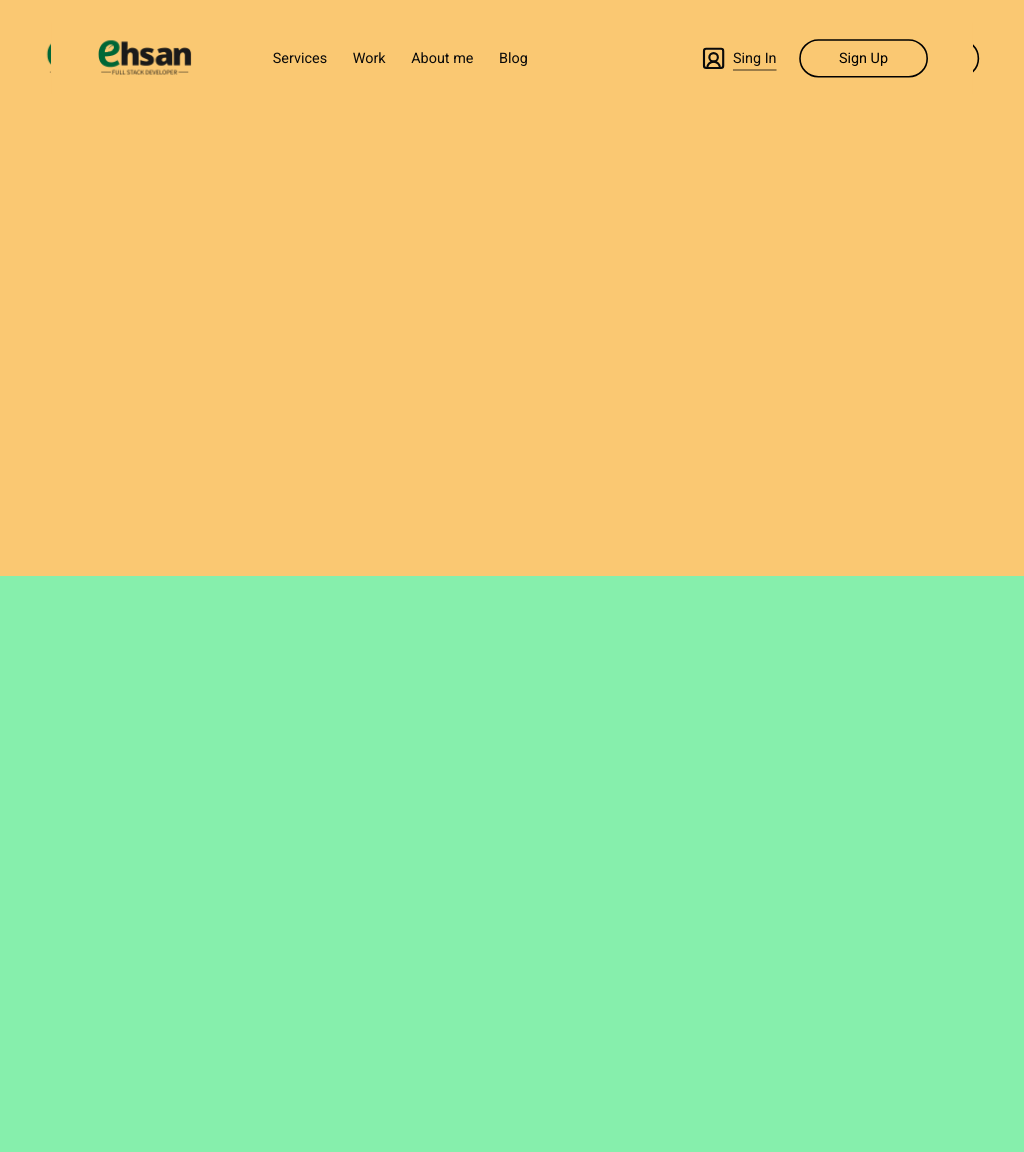
Repository: FrontendProjectsNL/mijn-portfolio-project
Page: /exercise
The author's editor kept a copy of each file at every save. The page is drawn from the files as they stood at one save, then again after the next save.
The browser window is 1280 px wide. The pictures show the whole page, at 80% of full size.
The project was rebuilt for these pictures with package versions that can differ from the ones it lists, and the page was loaded fresh each time. The framework's server and built-in components were replaced by stand-ins that run in the browser. Also part of the build but not shown: next.config.mjs.

Above is the page before, as saved 2024-10-25 14:16:50.

### app/layout.tsx
import type { Metadata } from 'next';
import localFont from 'next/font/local';

import { Roboto, Fira_Code, HelveticaNowDisplay } from 'next/font/google';

import './globals.css';
import Header from './components/Header';
import Container from './components/Container';

// const geistSans = localFont({
//   src: './fonts/GeistVF.woff',
//   variable: '--font-geist-sans',
//   weight: '100 900',
// });
// const geistMono = localFont({
//   src: './fonts/GeistMonoVF.woff',
//   variable: '--font-geist-mono',
//   weight: '100 900',
// });

const roboto = Roboto({
  subsets: ['latin'],
  weight: ['300', '400', '500', '700'],
  variable: '--font-roboto',
});

const firaCode = Fira_Code({
  subsets: ['latin'],
  weight: ['300', '400', '500', '700'],
  variable: '--font-fira-code',
});

export const metadata: Metadata = {
  title: 'Create Next App',
  description: 'Generated by create next app',
};

export default function RootLayout({
  children,
}: Readonly<{
  children: React.ReactNode;
}>) {
  return (
    <html lang="en">
      <body className={`${roboto.variable} ${firaCode.variable}  antialiased `}>
        <Container>
          <Header />
          {children}
        </Container>
      </body>
    </html>
  );
}

### app/exercise/page.tsx
'use client';

import Image from 'next/image';
import Link from 'next/link';
import { useEffect, useState } from 'react';
import logo from '/public/EhsanLogo-transparent.png';
import { Button } from '@/components/ui/button';
import { CircleUser, SquareUserRound, User } from 'lucide-react';

interface PageProps {}

const Page: React.FC<PageProps> = () => {
  const [isShrunk, setIsShrunk] = useState<boolean>(false);

  useEffect(() => {
    const handleScroll = () => {
      if (window.scrollY > 70) {
        setIsShrunk(true);
      } else {
        setIsShrunk(false);
      }
    };

    window.addEventListener('scroll', handleScroll);

    return () => {
      window.removeEventListener('scroll', handleScroll);
    };
  }, []);

  return (
    // <div className="max-w-8xl w-full font-roboto mx-auto">
    <div className="">
      <nav
        className={`px-14 fixed transition-all duration-300 ease-linear bg-[#FAC872] flex justify-between items-center ${
          isShrunk
            ? 'h-[75px] w-[70%] rounded-3xl mx-auto top-5'
            : 'h-[90px] w-[90%] opacity-100 top-7'
        }`}
        style={{
          left: '50%',
          transform: 'translateX(-50%)', // Center horizontally
        }}
      >
        <div className="flex items-center ">
          <Link href={'/'} className="font-medium text-lg mr-20">
            <Image src={logo} width={125} height={50} />
          </Link>
          <ul className="flex">
            <li>
              <Link href="" className="px-4 py-2 cursor text-lg  font-roboto">
                Services
              </Link>
            </li>
            <li>
              <Link href="" className="px-4 py-2 cursor text-lg  font-roboto">
                Work
              </Link>
            </li>
            <li>
              <Link href="" className="px-4 py-2 cursor text-lg font-roboto">
                About me
              </Link>
            </li>
            <li>
              <Link href="" className="px-4 py-2 cursor text-lg font-roboto">
                Blog
              </Link>
            </li>
          </ul>
        </div>
        <div className="flex items-center gap-3">
          <Link
            href={'/'}
            className="flex items-center gap-2 text-lg  font-roboto mr-4 underline underline-offset-8"
          >
            <SquareUserRound className="w-8 h-8 transition-transform duration-300 ease-in-out hover:scale-125 font-normal" />
            {/* <CircleUser className="w-8 h-8 transition-transform duration-300 ease-in-out hover:scale-125" /> */}

            {/* <User className="w-8 h-8 transition-transform duration-300 ease-in-out hover:scale-125" /> */}
            <span className="relative transform duration-700 group-hover:-translate-x-3">
              Sing In
            </span>
          </Link>

          <button className="font-roboto group relative inline-flex items-center overflow-hidden rounded-full border-2 border-black px-12 py-2 text-lg text-black hover:bg-gray-50 hover:text-white">
            <span className="duration-400 ease absolute left-0 top-1/2 block h-0 w-full bg-[#f27d4b] opacity-100 transition-all group-hover:top-0 group-hover:h-full"></span>
            <span className="ease absolute right-0 flex h-10 w-10 translate-x-full transform items-center justify-start duration-500 group-hover:-translate-x-2">
              <svg
                className="h-5 w-5"
                fill="none"
                stroke="currentColor"
                viewBox="0 0 24 24"
                xmlns="http://www.w3.org/2000/svg"
              >
                <path
                  stroke-linecap="round"
                  stroke-linejoin="round"
                  stroke-width="2"
                  d="M14 5l7 7m0 0l-7 7m7-7H3"
                ></path>
              </svg>
            </span>
            <span className="relative transform duration-700 group-hover:-translate-x-3">
              Sign Up
            </span>
          </button>
        </div>
      </nav>

      <section className="w-full h-screen bg-[#FAC872]"></section>
      <section className="w-full h-screen bg-green-300"></section>
    </div>
  );
};

export default Page;

### app/globals.css
@tailwind base;
@tailwind components;
@tailwind utilities;

body {
  font-family: Arial, Helvetica, sans-serif;
}

@layer utilities {
  .text-balance {
    text-wrap: balance;
  }
}

@layer base {
  :root {
    --background: 0 0% 100%;
    --foreground: 0 0% 3.9%;
    --card: 0 0% 100%;
    --card-foreground: 0 0% 3.9%;
    --popover: 0 0% 100%;
    --popover-foreground: 0 0% 3.9%;
    --primary: 0 0% 9%;
    --primary-foreground: 0 0% 98%;
    --secondary: 0 0% 96.1%;
    --secondary-foreground: 0 0% 9%;
    --muted: 0 0% 96.1%;
    --muted-foreground: 0 0% 45.1%;
    --accent: 0 0% 96.1%;
    --accent-foreground: 0 0% 9%;
    --destructive: 0 84.2% 60.2%;
    --destructive-foreground: 0 0% 98%;
    --border: 0 0% 89.8%;
    --input: 0 0% 89.8%;
    --ring: 0 0% 3.9%;
    --chart-1: 12 76% 61%;
    --chart-2: 173 58% 39%;
    --chart-3: 197 37% 24%;
    --chart-4: 43 74% 66%;
    --chart-5: 27 87% 67%;
    --radius: 0.5rem;
  }
  .dark {
    --background: 0 0% 3.9%;
    --foreground: 0 0% 98%;
    --card: 0 0% 3.9%;
    --card-foreground: 0 0% 98%;
    --popover: 0 0% 3.9%;
    --popover-foreground: 0 0% 98%;
    --primary: 0 0% 98%;
    --primary-foreground: 0 0% 9%;
    --secondary: 0 0% 14.9%;
    --secondary-foreground: 0 0% 98%;
    --muted: 0 0% 14.9%;
    --muted-foreground: 0 0% 63.9%;
    --accent: 0 0% 14.9%;
    --accent-foreground: 0 0% 98%;
    --destructive: 0 62.8% 30.6%;
    --destructive-foreground: 0 0% 98%;
    --border: 0 0% 14.9%;
    --input: 0 0% 14.9%;
    --ring: 0 0% 83.1%;
    --chart-1: 220 70% 50%;
    --chart-2: 160 60% 45%;
    --chart-3: 30 80% 55%;
    --chart-4: 280 65% 60%;
    --chart-5: 340 75% 55%;
  }
}

@layer base {
  * {
    @apply border-border;
  }
  body {
    @apply bg-background text-foreground;
  }
}

@keyframes fill-up {
  0% {
    background-position: 0 100%;
  }
  100% {
    background-position: 0 0;
  }
}

### app/components/Header.tsx
'use client';

import Image from 'next/image';
import Link from 'next/link';
import { useEffect, useState } from 'react';
import logo from '/public/EhsanLogo-transparent.png';
import { CircleUser, SquareUserRound, User } from 'lucide-react';

const Header = () => {
  const [isShrunk, setIsShrunk] = useState<boolean>(false);

  useEffect(() => {
    const handleScroll = () => {
      if (window.scrollY > 70) {
        setIsShrunk(true);
      } else {
        setIsShrunk(false);
      }
    };

    window.addEventListener('scroll', handleScroll);

    return () => {
      window.removeEventListener('scroll', handleScroll);
    };
  }, []);

  return (
    <nav
      className={`px-14 fixed transition-all duration-300 ease-linear bg-[#FAC872] flex justify-between items-center ${
        isShrunk
          ? 'h-[75px] w-[70%] rounded-3xl mx-auto top-5'
          : 'h-[90px] w-[80rem] opacity-100 top-7'
      }`}
      style={{
        left: '50%',
        transform: 'translateX(-50%)', // Center horizontally
      }}
    >
      <div className="flex items-center ">
        <Link href={'/'} className="font-medium text-lg mr-20">
          <Image src={logo} width={125} height={50} />
        </Link>
        <ul className="flex">
          <li>
            <Link href="" className="px-4 py-2 cursor text-lg  font-roboto">
              Services
            </Link>
          </li>
          <li>
            <Link href="" className="px-4 py-2 cursor text-lg  font-roboto">
              Work
            </Link>
          </li>
          <li>
            <Link href="" className="px-4 py-2 cursor text-lg font-roboto">
              About me
            </Link>
          </li>
          <li>
            <Link href="" className="px-4 py-2 cursor text-lg font-roboto">
              Blog
            </Link>
          </li>
        </ul>
      </div>
      <div className="flex items-center gap-3">
        <Link
          href={'/'}
          className="flex items-center gap-2 text-lg  font-roboto mr-4 underline underline-offset-8"
        >
          <SquareUserRound className="w-8 h-8 transition-transform duration-300 ease-in-out hover:scale-125 font-normal" />
          {/* <CircleUser className="w-8 h-8 transition-transform duration-300 ease-in-out hover:scale-125" /> */}

          {/* <User className="w-8 h-8 transition-transform duration-300 ease-in-out hover:scale-125" /> */}
          <span className="relative transform duration-700 group-hover:-translate-x-3">
            Sing In
          </span>
        </Link>

        <button className="font-roboto group relative inline-flex items-center overflow-hidden rounded-full border-2 border-black px-12 py-2 text-lg text-black hover:bg-gray-50 hover:text-white">
          <span className="duration-400 ease absolute left-0 top-1/2 block h-0 w-full bg-[#f27d4b] opacity-100 transition-all group-hover:top-0 group-hover:h-full"></span>
          <span className="ease absolute right-0 flex h-10 w-10 translate-x-full transform items-center justify-start duration-500 group-hover:-translate-x-2">
            <svg
              className="h-5 w-5"
              fill="none"
              stroke="currentColor"
              viewBox="0 0 24 24"
              xmlns="http://www.w3.org/2000/svg"
            >
              <path
                stroke-linecap="round"
                stroke-linejoin="round"
                stroke-width="2"
                d="M14 5l7 7m0 0l-7 7m7-7H3"
              ></path>
            </svg>
          </span>
          <span className="relative transform duration-700 group-hover:-translate-x-3">
            Sign Up
          </span>
        </button>
      </div>
    </nav>
  );
};

export default Header;

### app/components/Container.tsx
interface ContainerProps {
  children: React.ReactNode;
}

const Container: React.FC<ContainerProps> = ({ children }) => {
  return <div className="relative max-w-[1500px] mx-auto">{children}</div>;
};

export default Container;

### tailwind.config.ts
import { Roboto } from 'next/font/google';
import type { Config } from 'tailwindcss';

const config: Config = {
  darkMode: ['class'],
  content: [
    './pages/**/*.{js,ts,jsx,tsx,mdx}',
    './components/**/*.{js,ts,jsx,tsx,mdx}',
    './app/**/*.{js,ts,jsx,tsx,mdx}',
  ],

  theme: {
    extend: {
      // You can define custom animations here
      // keyframes: {
      //   slideKeyframe: {
      //     '0%': { transform: 'translateX(0)' },
      //     '100%': { transform: 'translateX(100%)' },
      //   },
      // },
      // animation: {
      //   slideAnimation: 'slideKeyframe 0.5s ease-in-out',
      // },
      fontFamily: {
        roboto: ['var(--font-roboto)', 'sans-serif'],
        firaCode: ['var(--font-fira-code)', 'monospace'],
      },
      colors: {
        background: 'hsl(var(--background))',
        foreground: 'hsl(var(--foreground))',
        card: {
          DEFAULT: 'hsl(var(--card))',
          foreground: 'hsl(var(--card-foreground))',
        },
        popover: {
          DEFAULT: 'hsl(var(--popover))',
          foreground: 'hsl(var(--popover-foreground))',
        },
        primary: {
          DEFAULT: 'hsl(var(--primary))',
          foreground: 'hsl(var(--primary-foreground))',
        },
        secondary: {
          DEFAULT: 'hsl(var(--secondary))',
          foreground: 'hsl(var(--secondary-foreground))',
        },
        muted: {
          DEFAULT: 'hsl(var(--muted))',
          foreground: 'hsl(var(--muted-foreground))',
        },
        accent: {
          DEFAULT: 'hsl(var(--accent))',
          foreground: 'hsl(var(--accent-foreground))',
        },
        destructive: {
          DEFAULT: 'hsl(var(--destructive))',
          foreground: 'hsl(var(--destructive-foreground))',
        },
        border: 'hsl(var(--border))',
        input: 'hsl(var(--input))',
        ring: 'hsl(var(--ring))',
        chart: {
          '1': 'hsl(var(--chart-1))',
          '2': 'hsl(var(--chart-2))',
          '3': 'hsl(var(--chart-3))',
          '4': 'hsl(var(--chart-4))',
          '5': 'hsl(var(--chart-5))',
        },
      },
      borderRadius: {
        lg: 'var(--radius)',
        md: 'calc(var(--radius) - 2px)',
        sm: 'calc(var(--radius) - 4px)',
      },
    },
  },
  plugins: [require('tailwindcss-animate')],
};
export default config;

After the next save:
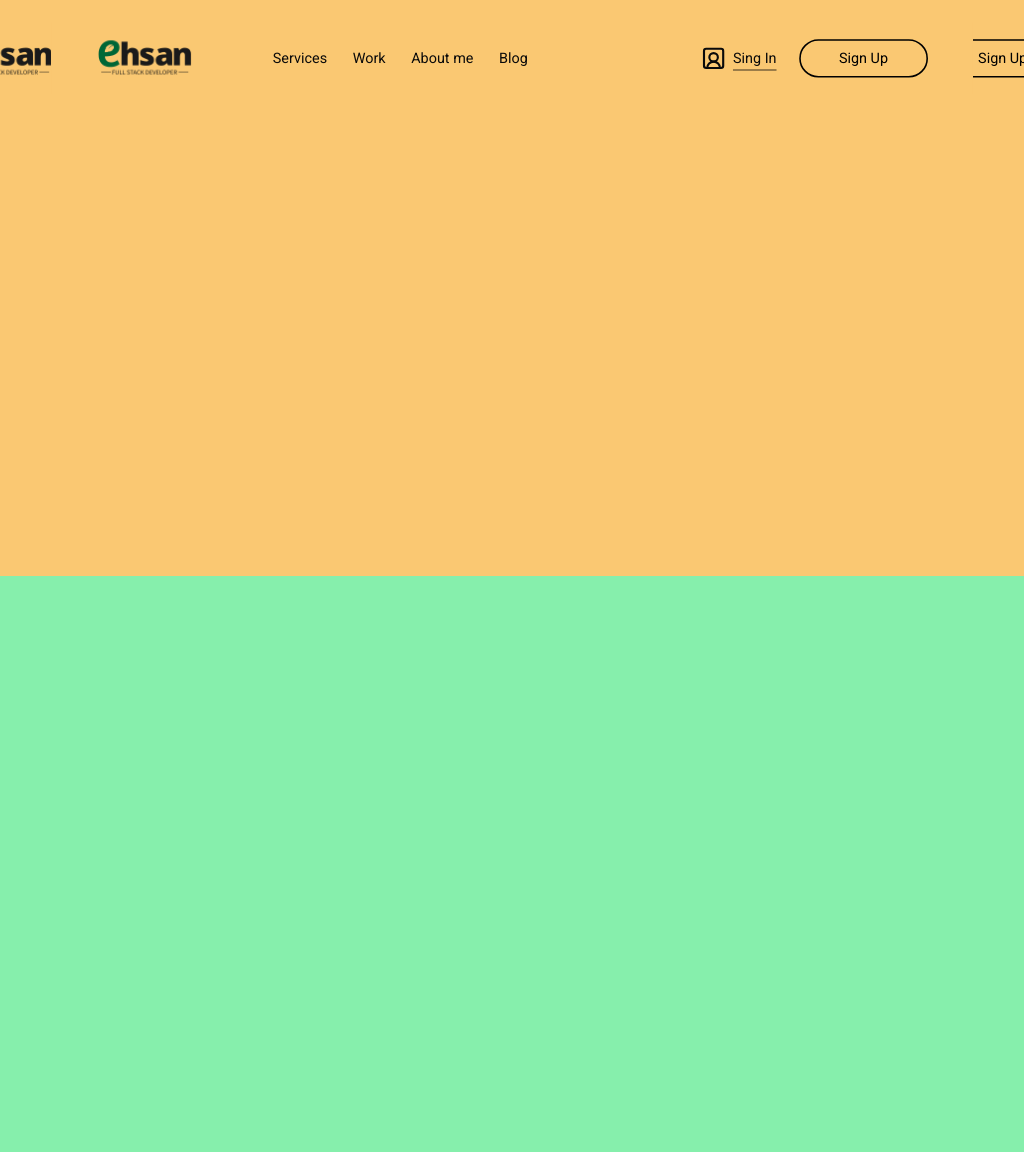
Saved 34 s later.
--- a/app/components/Header.tsx
+++ b/app/components/Header.tsx
@@ -30,7 +30,7 @@ const Header = () => {
       className={`px-14 fixed transition-all duration-300 ease-linear bg-[#FAC872] flex justify-between items-center ${
         isShrunk
           ? 'h-[75px] w-[70%] rounded-3xl mx-auto top-5'
-          : 'h-[90px] w-[80rem] opacity-100 top-7'
+          : 'h-[90px] w-[1500px] opacity-100 top-7'
       }`}
       style={{
         left: '50%',
